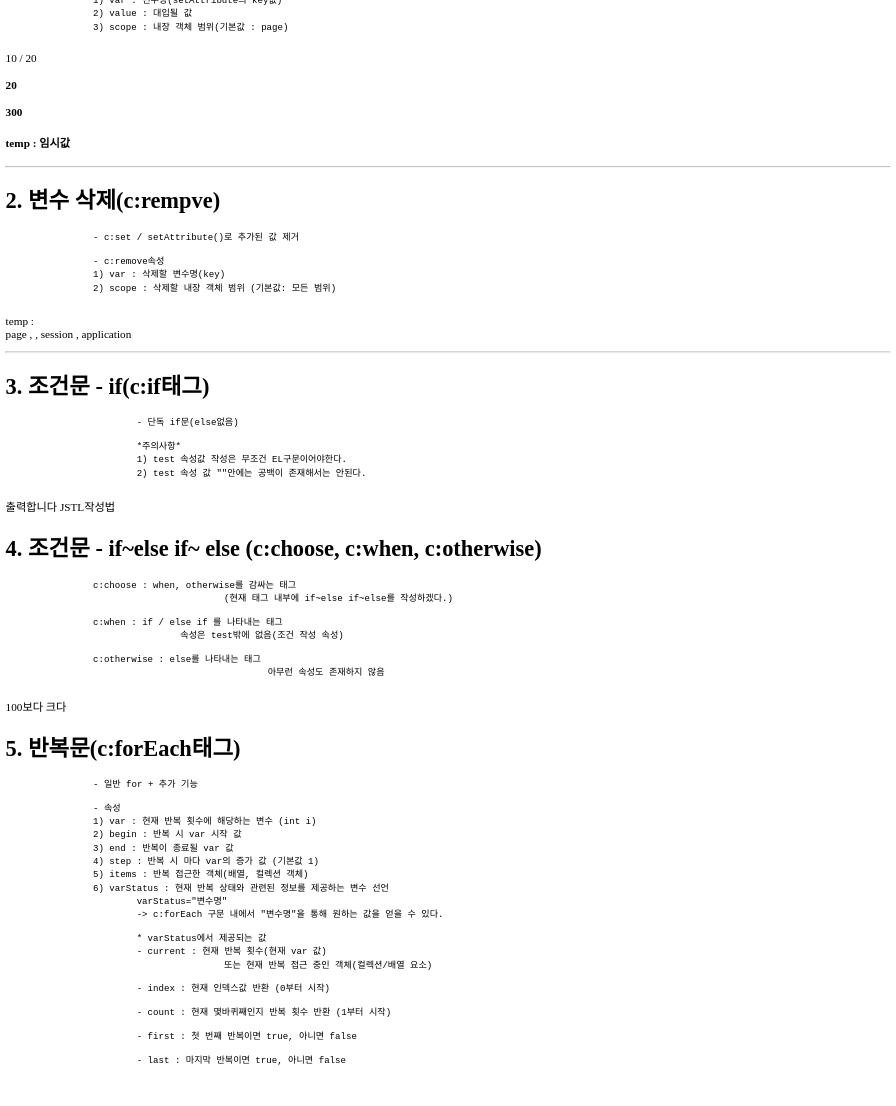
Repository: hyungjuIM/06_Server
Page: http://localhost/JSPProject2/jstl
The author's editor kept a copy of each file at every save. The page is drawn from the files as they stood at one save, then again after the next save.
The browser window is 1280 px wide. The pictures show the part of the page from y = 656 to 2576 px (the page is 2236 px tall before and 2576 px after), at 70% of full size.
The page is served by Tomcat 9.

Above is the page before, as saved 2023-03-21 11:16:04.

After the next save:
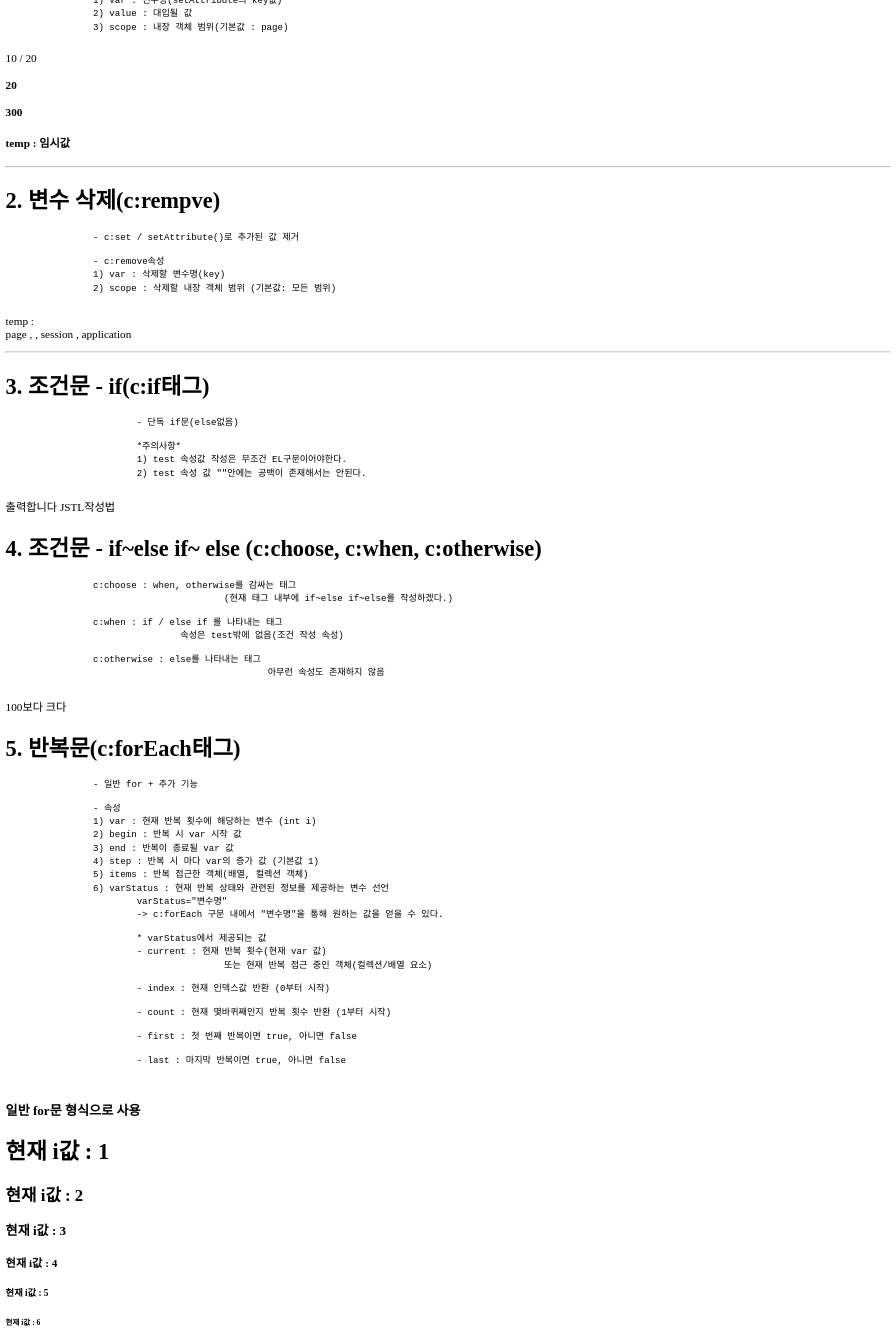
Saved 2 min 30 s later.
--- a/JSPProject2/src/main/webapp/WEB-INF/views/jstl.jsp
+++ b/JSPProject2/src/main/webapp/WEB-INF/views/jstl.jsp
@@ -158,8 +158,11 @@
 
 			- last : 마지막 반복이면 true, 아니면 false
 
-
     	</pre>
+    	<h3>일반 for문 형식으로 사용</h3>
+    	<c:forEach var="i" begin="1" end="6" step="1">
+    		<h${i}>현재 i값 : ${i}</h${i}>
+    	</c:forEach>
 
 
 </body>
